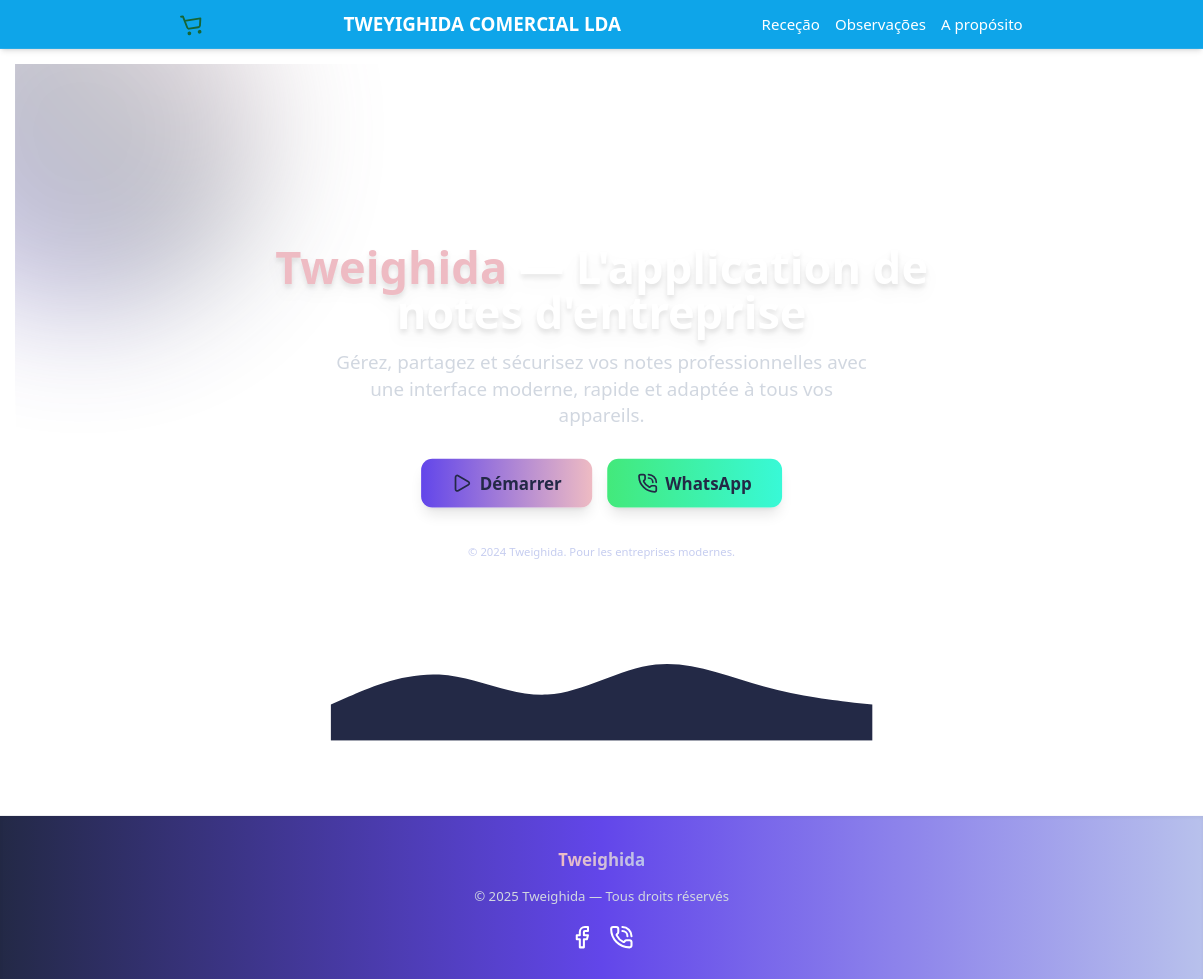
Repository: lamatmed/Tweighida
Page: /
An editor plug-in stored every save of this project. The page is shown before and after the next save, followed by the edit.
The browser window is 1280 px wide. The pictures show the whole page, at 94% of full size.
The project was rebuilt for these pictures with package versions that can differ from the ones it lists, and the page was loaded fresh each time. The framework's server and built-in components were replaced by stand-ins that run in the browser. Also part of the build but not shown: next.config.mjs.

Above is the page before, as saved 2025-09-06 20:22:46.

After the next save:
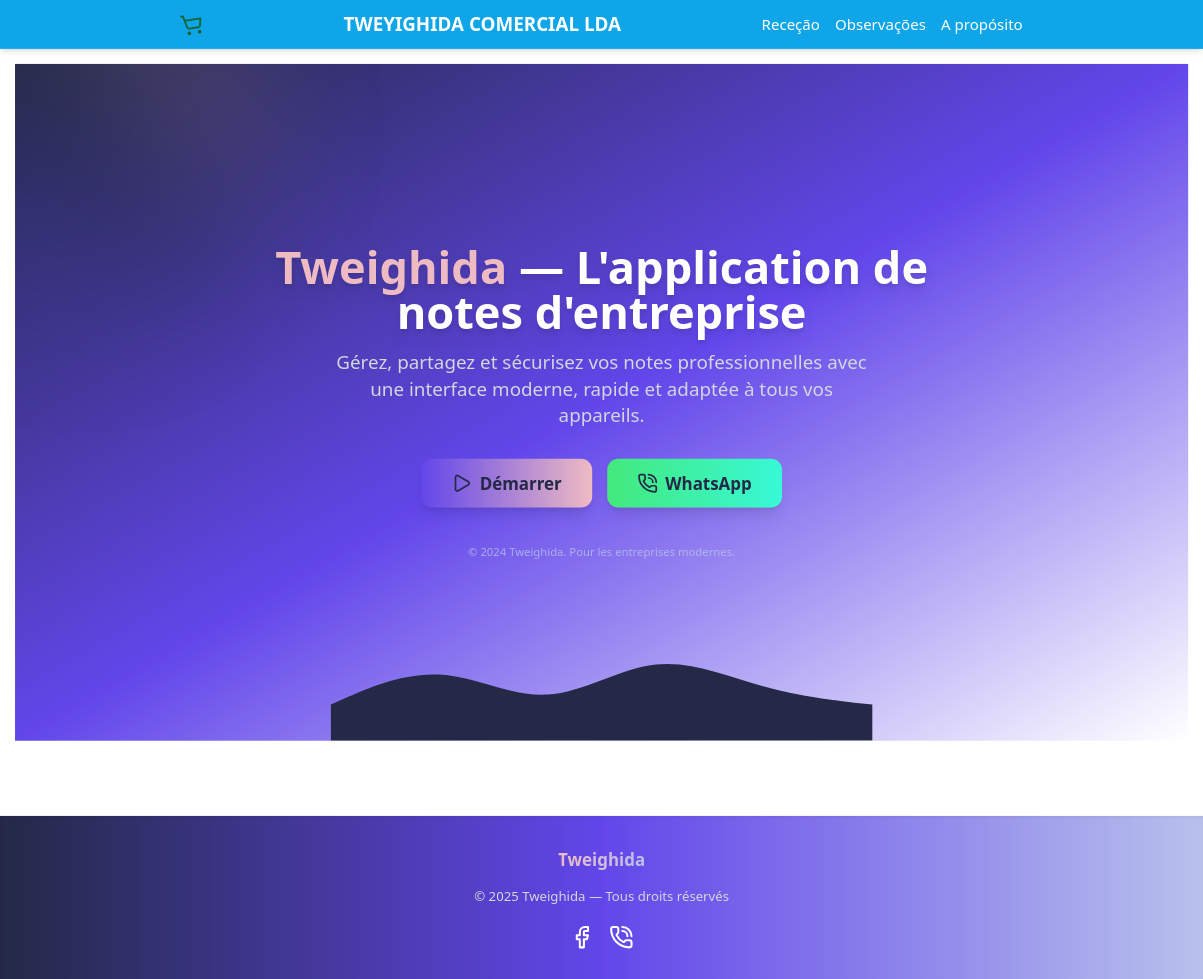
Saved 9 s later.
--- a/src/app/components/Hero.tsx
+++ b/src/app/components/Hero.tsx
@@ -20,7 +20,7 @@
   }
 
   return (
-    <section className="relative w-full min-h-screen flex items-center justify-center text-center bg-gradient-to-br from-[#232946] via-[#6246ea] to-[#b8c1e] text-white px-4 overflow-hidden">
+    <section className="relative w-full min-h-screen flex items-center justify-center text-center bg-gradient-to-br from-[#232946] via-[#6246ea] to-blue text-white px-4 overflow-hidden">
       {/* Decorative blob */}
       <div className="absolute -top-32 -left-32 w-[400px] h-[400px] bg-gradient-to-tr from-[#6246ea] via-[#232946] to-[#eebbc3] opacity-30 rounded-full blur-3xl z-0" aria-hidden="true" />
       <div className="w-full max-w-3xl px-6 py-16 md:py-24 z-10">
